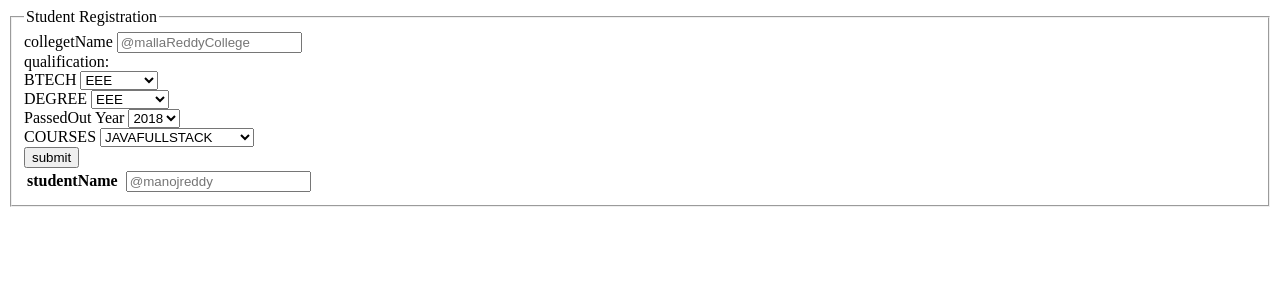
Repository: JanapatlaManojReddy/java
Page: http://localhost/institutionProject/StudentRegistration.jsp
These files come from the project's save history. The page is drawn as it stood at one moment and after the next save; the edit follows.
The browser window is 1280 px wide. The pictures show the whole page.
The page is served by Tomcat 9.

Above is the page before, as saved 2023-08-19 12:43:10.

After the next save:
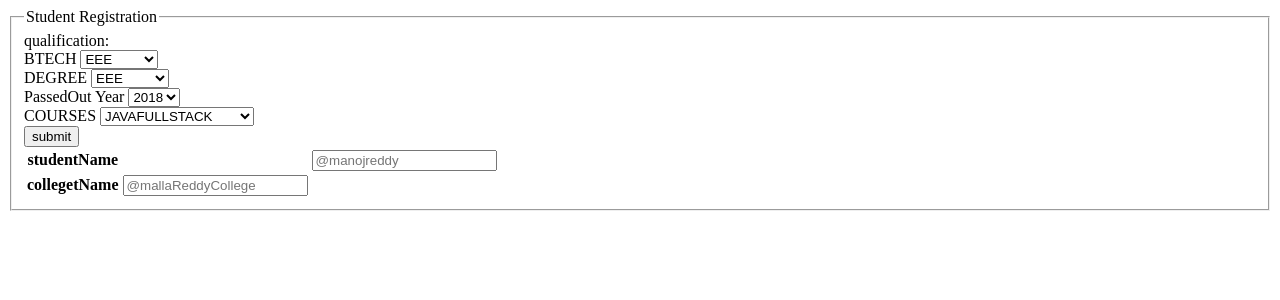
Saved 80 s later.
--- a/institutionProject/src/main/webapp/StudentRegistration.jsp
+++ b/institutionProject/src/main/webapp/StudentRegistration.jsp
@@ -21,10 +21,15 @@
 </td>
 </tr>
 </div>
+<tr>
 <div>
-<lable for="cname">collegetName</lable>
+<th>
+<lable for="cname">collegetName</lable></th>
+<td>
 <input type="text" name="collegeName" placeholder="@mallaReddyCollege" required>
+</td>
 </div>
+</tr>
 <div>
 <lable >qualification:</lable>
 </div>
